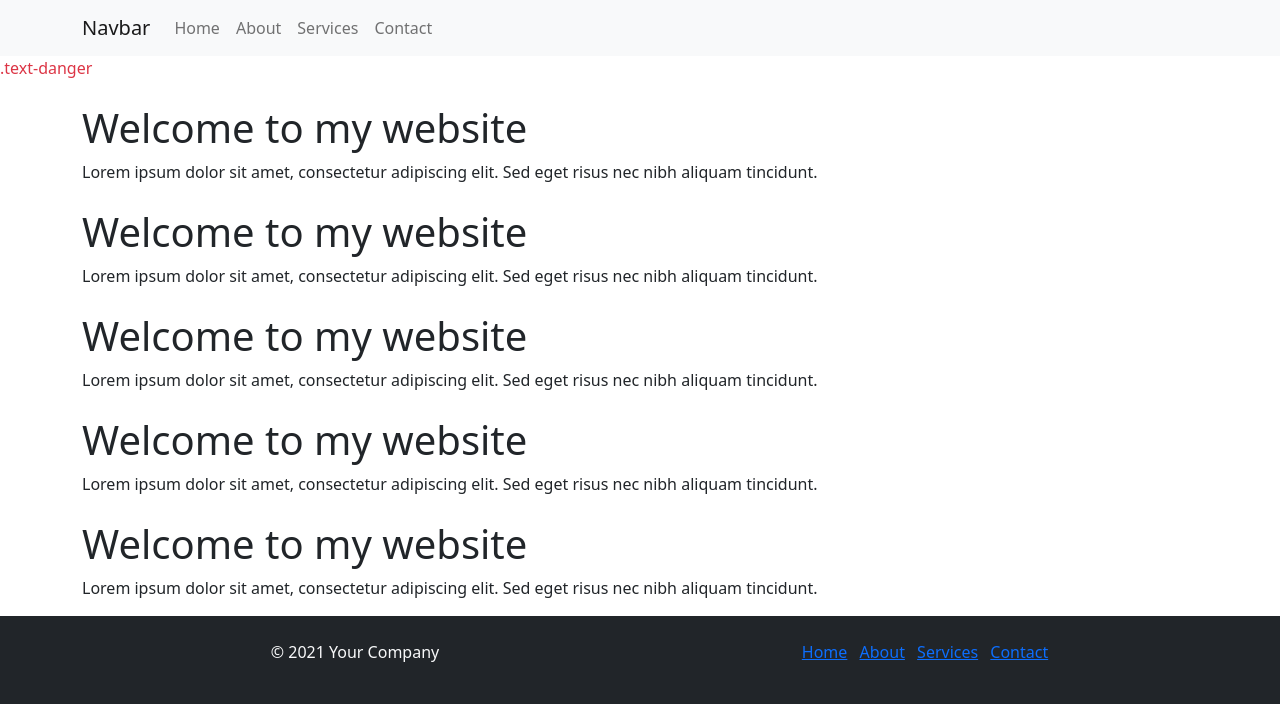
Repository: DongVersion2/laravel-test
Page: http://localhost/
These files come from the project's save history. The page is drawn as it stood at one moment and after a run of saves; the edit follows.
The browser window is 1280 px wide. The pictures show the whole page.
The page is served by the project's Laravel application, run on PHP 8.4 with Laravel 8.

Above is the page before, as saved 2024-05-02 16:02:06.

After the next 4 saves:
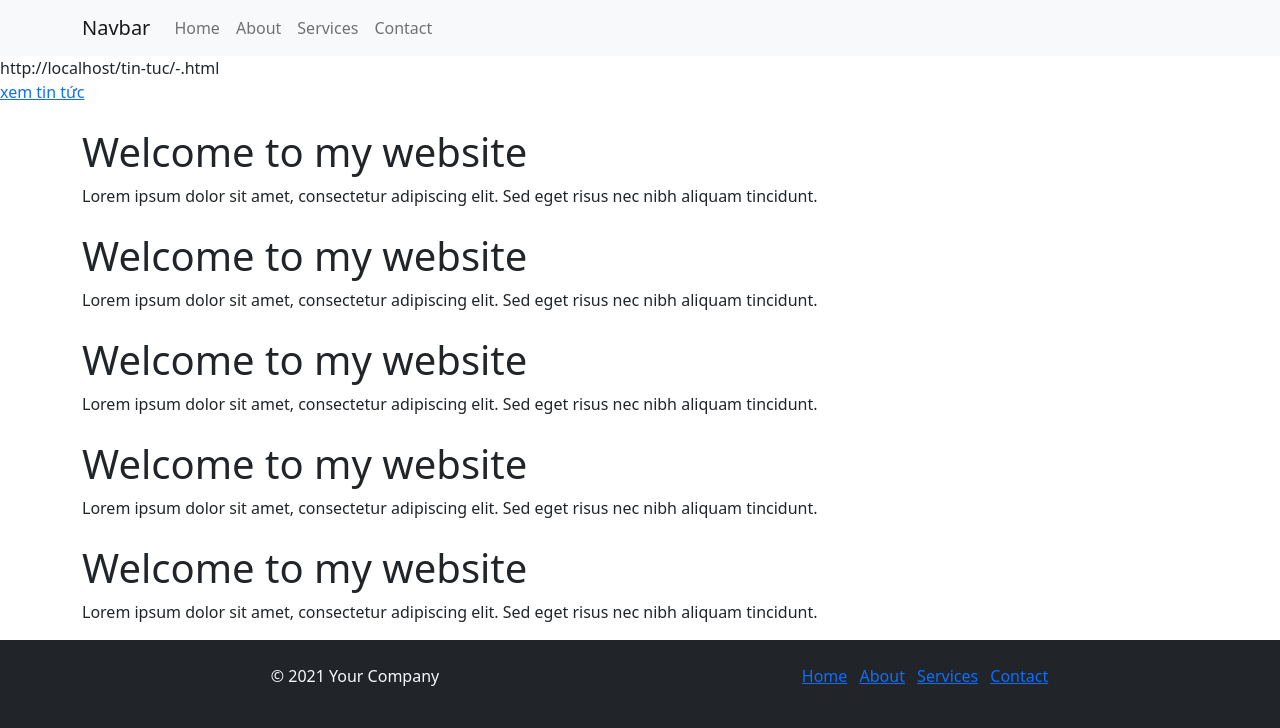
The 4 saves are shown as one change because 3 did not build or start.
The last was saved 11 min 29 s later.
--- a/routes/web.php
+++ b/routes/web.php
@@ -83,7 +83,7 @@ Route::get('/', function () {
 //tham số có điều kiện k bắt buộc
 // Route::get('tin-tuc/{id?}', function($id=null)
 //tham số có điều kiện bắt buộc
-Route::get('tin-tuc/{slug}-{id}.html', function ($slug, $id) {
+Route::get('tin-tuc/{slug?}-{id?}.html', function ($slug=null, $id=null) {
     $content = 'nội dung slug ';
     $content .= 'id = ' . $id . '<br>';
     $content .= 'slug = ' . $slug;
--- a/resources/views/home.blade.php
+++ b/resources/views/home.blade.php
@@ -34,7 +34,8 @@
             </div>
           </div>
         </nav>
-        <p class="text-danger">.text-danger</p>
+        <div><?php echo route ('tintuc'); ?></div>
+        <a href="<?php echo route ('tintuc'); ?>">xem tin tức</a>
         <div class="container mt-4">
           <h1>Welcome to my website</h1>
           <p>Lorem ipsum dolor sit amet, consectetur adipiscing elit. Sed eget risus nec nibh aliquam tincidunt.</p>

After the save that followed:
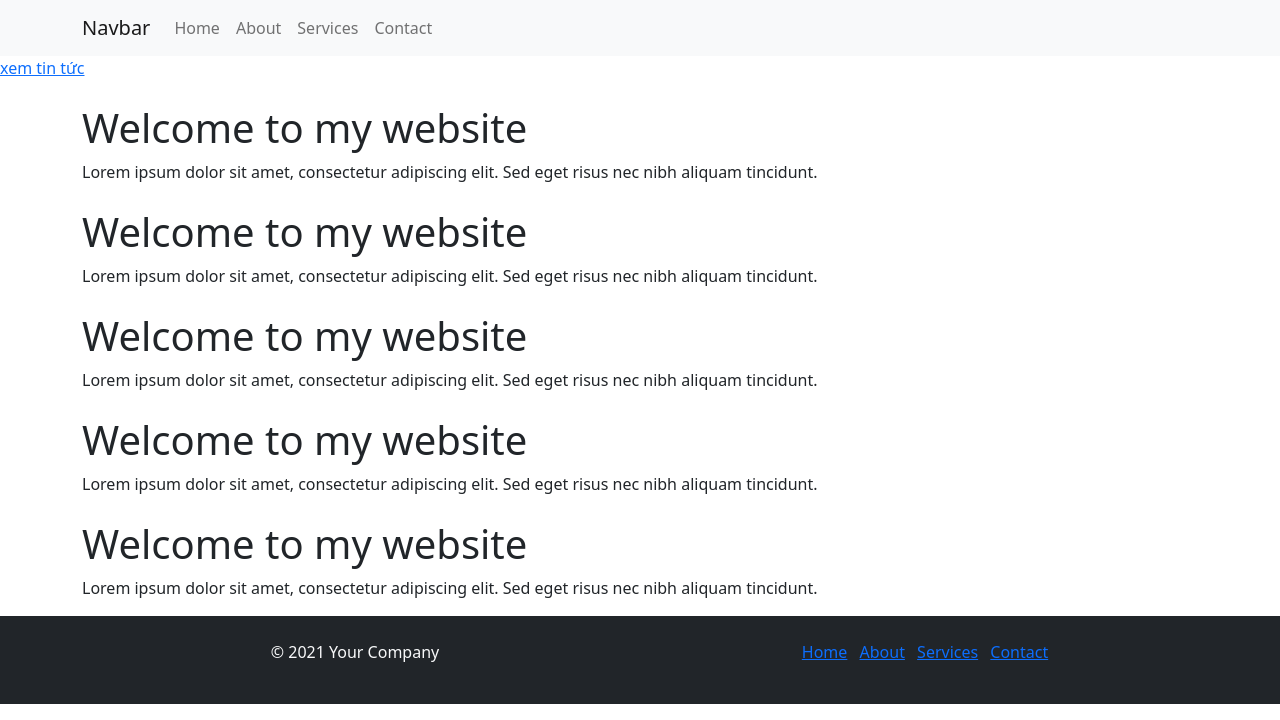
Saved 3 min 12 s later.
--- a/resources/views/home.blade.php
+++ b/resources/views/home.blade.php
@@ -34,8 +34,7 @@
             </div>
           </div>
         </nav>
-        <div><?php echo route ('tintuc'); ?></div>
-        <a href="<?php echo route ('tintuc'); ?>">xem tin tức</a>
+        <a href="<?php echo route ('tintuc', ['id'=>1, 'slug'=>'tin-tuc-the-gioi']); ?>">xem tin tức</a>
         <div class="container mt-4">
           <h1>Welcome to my website</h1>
           <p>Lorem ipsum dolor sit amet, consectetur adipiscing elit. Sed eget risus nec nibh aliquam tincidunt.</p>
